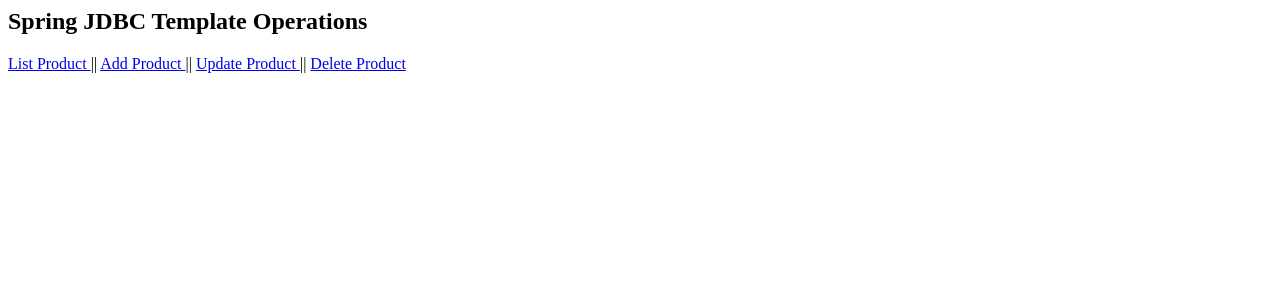
Repository: AnushkaSharma9/Make-an-E-commerce-Website-For-SportyShoes-sportyshoes
Page: http://localhost/phase3-Project-SportyShoes-Webappplication/index2.jsp
An editor plug-in stored every save of this project. The page is shown before and after the next save, followed by the edit.
The browser window is 1280 px wide. The pictures show the whole page.
The page is served by Tomcat 9. Nobody is signed in. The application's start-up code is not run. Other server files are loaded and not shown.

Above is the page before, as saved 2021-10-25 09:37:27.

### phase3-Project-SportyShoes-Webappplication/src/main/webapp/index2.jsp
<html>
<body>
	<h2>Spring JDBC Template Operations</h2>
	<a href="list-products"> List Product </a> ||
	<a href="add-product"> Add Product </a>  ||
	<a href="update-product"> Update Product </a>||
   	<a href="delete-product"> Delete Product </a>


	<br><br><br>
</body>
</html>

After the next save:
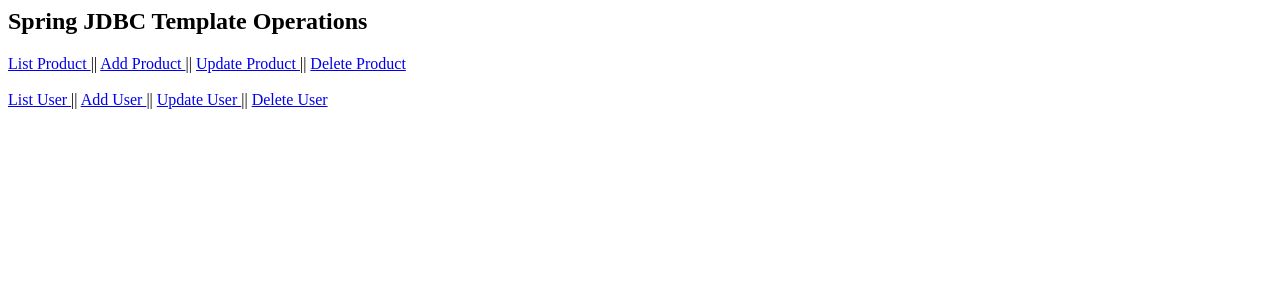
Saved 73 s later.
--- a/phase3-Project-SportyShoes-Webappplication/src/main/webapp/index2.jsp
+++ b/phase3-Project-SportyShoes-Webappplication/src/main/webapp/index2.jsp
@@ -6,6 +6,12 @@
 	<a href="update-product"> Update Product </a>||
    	<a href="delete-product"> Delete Product </a>
 
+   	<br><br>
+   	<a href="list-users"> List User </a> ||
+	<a href="add-user"> Add User </a>  ||
+	<a href="update-user"> Update User </a>||
+   	<a href="delete-user"> Delete User </a>
+
 
 	<br><br><br>
 </body>
